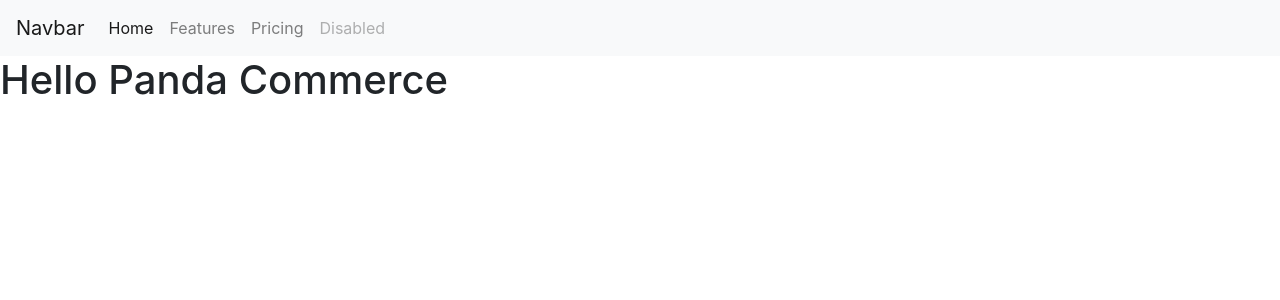
Repository: mohsinfarabi/panda-commerce
Page: index.html
These files come from the project's save history. The page is drawn as it stood at one moment and after the next save; the edit follows.
The browser window is 1280 px wide. The pictures show the whole page.

Above is the page before, as saved 2020-07-07 02:01:16.

### index.html
<!DOCTYPE html>
<html lang="en">

<head>
    <meta charset="UTF-8">
    <meta name="viewport" content="width=device-width, initial-scale=1.0">
    <title>Panda Commerce</title>
    <link rel="stylesheet" href="css/bootstrap/css/bootstrap.min.css">
    <link rel="stylesheet" href="style.css">
</head>

<body>
    <nav class="navbar navbar-expand-lg navbar-light bg-light">
        <a class="navbar-brand" href="#">Navbar</a>
        <button class="navbar-toggler" type="button" data-toggle="collapse" data-target="#navbarNav" aria-controls="navbarNav" aria-expanded="false" aria-label="Toggle navigation">
          <span class="navbar-toggler-icon"></span>
        </button>
        <div class="collapse navbar-collapse" id="navbarNav">
            <ul class="navbar-nav">
                <li class="nav-item active">
                    <a class="nav-link" href="#">Home <span class="sr-only">(current)</span></a>
                </li>
                <li class="nav-item">
                    <a class="nav-link" href="#">Features</a>
                </li>
                <li class="nav-item">
                    <a class="nav-link" href="#">Pricing</a>
                </li>
                <li class="nav-item">
                    <a class="nav-link disabled" href="#" tabindex="-1" aria-disabled="true">Disabled</a>
                </li>
            </ul>
        </div>
    </nav>
    <h1>Hello Panda Commerce</h1>

    <script src="https://code.jquery.com/jquery-3.5.1.slim.min.js" integrity="sha384-DfXdz2htPH0lsSSs5nCTpuj/zy4C+OGpamoFVy38MVBnE+IbbVYUew+OrCXaRkfj" crossorigin="anonymous"></script>
    <script src="https://cdn.jsdelivr.net/npm/popper.js@1.16.0/dist/umd/popper.min.js" integrity="sha384-Q6E9RHvbIyZFJoft+2mJbHaEWldlvI9IOYy5n3zV9zzTtmI3UksdQRVvoxMfooAo" crossorigin="anonymous"></script>
    <script src="https://stackpath.bootstrapcdn.com/bootstrap/4.5.0/js/bootstrap.min.js" integrity="sha384-OgVRvuATP1z7JjHLkuOU7Xw704+h835Lr+6QL9UvYjZE3Ipu6Tp75j7Bh/kR0JKI" crossorigin="anonymous"></script>
</body>

</html>

Loaded but not shown: css/bootstrap/css/bootstrap.min.css (library); style.css (no stored copy; drawn as an empty file)

After the next save:
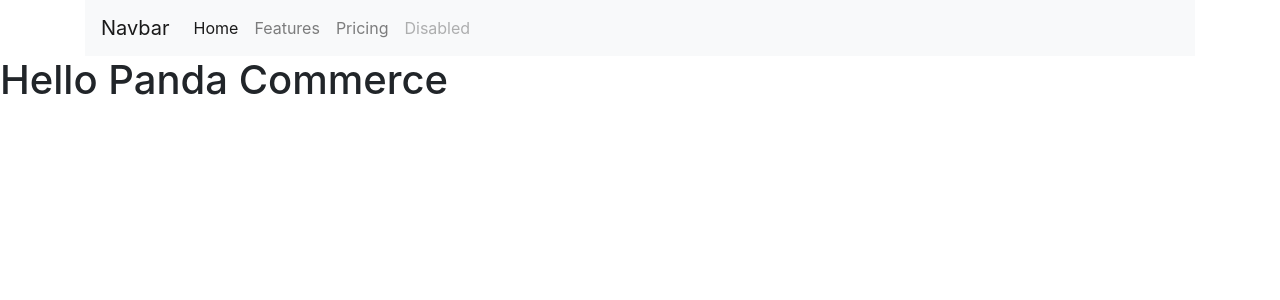
Saved 29 s later.
--- a/index.html
+++ b/index.html
@@ -10,28 +10,30 @@
 </head>
 
 <body>
-    <nav class="navbar navbar-expand-lg navbar-light bg-light">
-        <a class="navbar-brand" href="#">Navbar</a>
-        <button class="navbar-toggler" type="button" data-toggle="collapse" data-target="#navbarNav" aria-controls="navbarNav" aria-expanded="false" aria-label="Toggle navigation">
-          <span class="navbar-toggler-icon"></span>
-        </button>
-        <div class="collapse navbar-collapse" id="navbarNav">
-            <ul class="navbar-nav">
-                <li class="nav-item active">
-                    <a class="nav-link" href="#">Home <span class="sr-only">(current)</span></a>
-                </li>
-                <li class="nav-item">
-                    <a class="nav-link" href="#">Features</a>
-                </li>
-                <li class="nav-item">
-                    <a class="nav-link" href="#">Pricing</a>
-                </li>
-                <li class="nav-item">
-                    <a class="nav-link disabled" href="#" tabindex="-1" aria-disabled="true">Disabled</a>
-                </li>
-            </ul>
-        </div>
-    </nav>
+    <div class="container">
+        <nav class="navbar navbar-expand-lg navbar-light bg-light">
+            <a class="navbar-brand" href="#">Navbar</a>
+            <button class="navbar-toggler" type="button" data-toggle="collapse" data-target="#navbarNav" aria-controls="navbarNav" aria-expanded="false" aria-label="Toggle navigation">
+              <span class="navbar-toggler-icon"></span>
+            </button>
+            <div class="collapse navbar-collapse" id="navbarNav">
+                <ul class="navbar-nav">
+                    <li class="nav-item active">
+                        <a class="nav-link" href="#">Home <span class="sr-only">(current)</span></a>
+                    </li>
+                    <li class="nav-item">
+                        <a class="nav-link" href="#">Features</a>
+                    </li>
+                    <li class="nav-item">
+                        <a class="nav-link" href="#">Pricing</a>
+                    </li>
+                    <li class="nav-item">
+                        <a class="nav-link disabled" href="#" tabindex="-1" aria-disabled="true">Disabled</a>
+                    </li>
+                </ul>
+            </div>
+        </nav>
+    </div>
     <h1>Hello Panda Commerce</h1>
 
     <script src="https://code.jquery.com/jquery-3.5.1.slim.min.js" integrity="sha384-DfXdz2htPH0lsSSs5nCTpuj/zy4C+OGpamoFVy38MVBnE+IbbVYUew+OrCXaRkfj" crossorigin="anonymous"></script>
